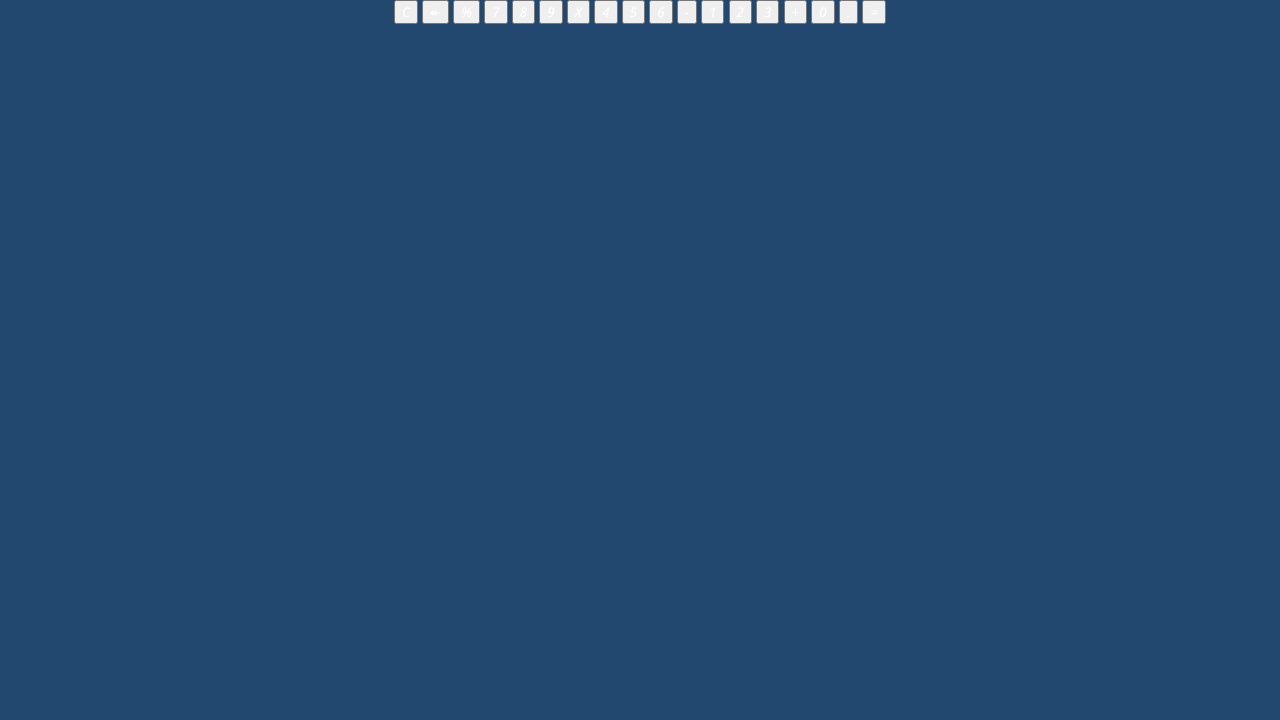
Repository: jhonenmanuel1/javaScript-calculator
Page: src/index.html
The author's editor kept a copy of each file at every save. The page is drawn from the files as they stood at one save, then again after the next save.
The browser window is 1280 px wide. The pictures show the whole page.

Above is the page before, as saved 2022-08-02 23:07:17.

### src/index.html
<!DOCTYPE html>
<html lang="en">
  <head>
    <meta charset="UTF-8" />
    <meta http-equiv="X-UA-Compatible" content="IE=edge" />
    <meta name="viewport" content="width=device-width, initial-scale=1.0" />
    <title>JavaScript Calculator</title>
    <link href="https://fonts.googleapis.com/css2?family=Open+Sans:ital,wght@1,500&display=swap" rel="stylesheet">
    <link href="styles.css" rel="stylesheet"/>
  </head>
  <body>
    <div class="container">
      <div class="calculator">
        <div class="display">
          <div id="last-value"></div>
          <div id="actual-value"></div>
        </div>
        <button class="col-2"> C</button>
        <button>&Larr;</button>
        <button class="number">%</button>
        <button class="number">7</button>
        <button class="number">8</button>
        <button class="number">9</button>
        <button class="operator" >X</button>
        <button class="number">4</button>
        <button class="number">5</button>
        <button class="number">6</button>
        <button class="operator">-</button>
        <button class="number">1</button>
        <button class="number">2</button>
        <button class="number">3</button>
        <button class="operator">+</button>
        <button class=" col-2 number">0</button>
        <button class="number">.</button>
        <button class="operator">=</button>
      </div>
    </div>
  </body>
</html>

### src/styles.css
* {
    font-family: 'Open Sans', sans-serif;
    color: #fff;
}
body{
    margin: 0;
    background-color: #224870;
}
.container{
    display: flex;
    justify-content: center;
    height: 100vh;

}
.calculator{

}

After the next save:
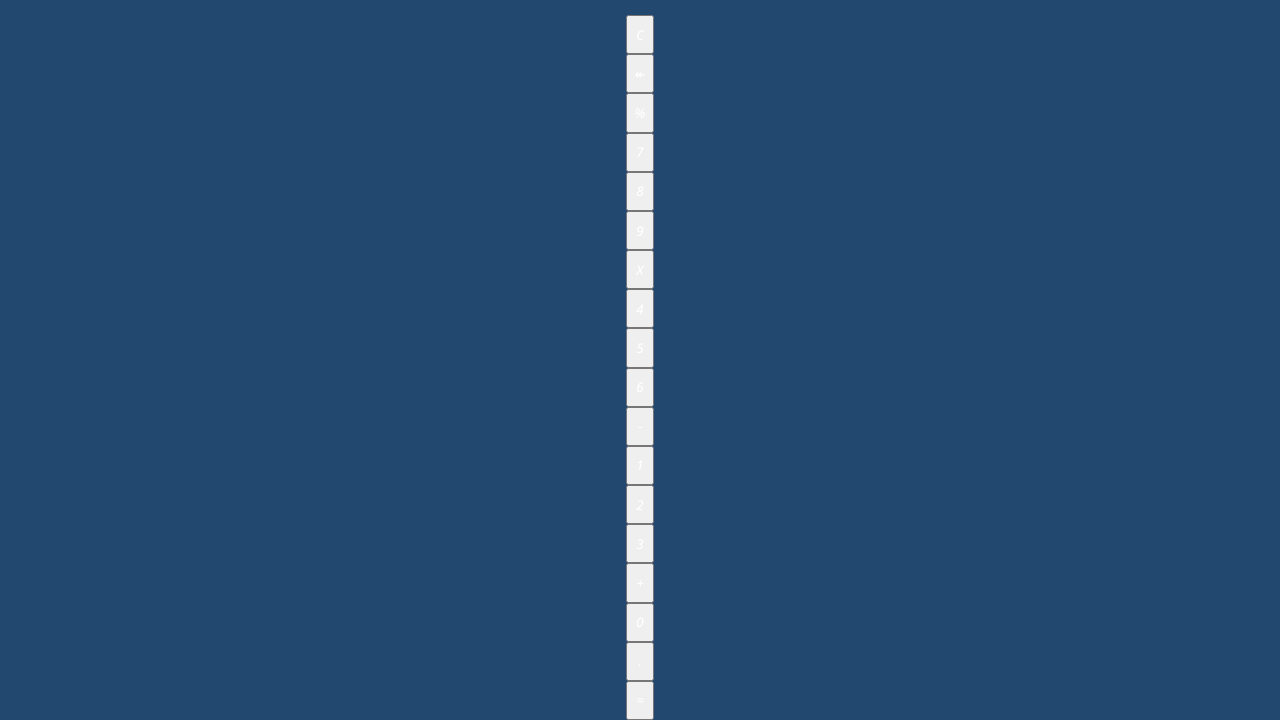
Saved 17 s later.
--- a/src/styles.css
+++ b/src/styles.css
@@ -13,5 +13,6 @@ body{
 
 }
 .calculator{
+    display: grid;
 
 }
